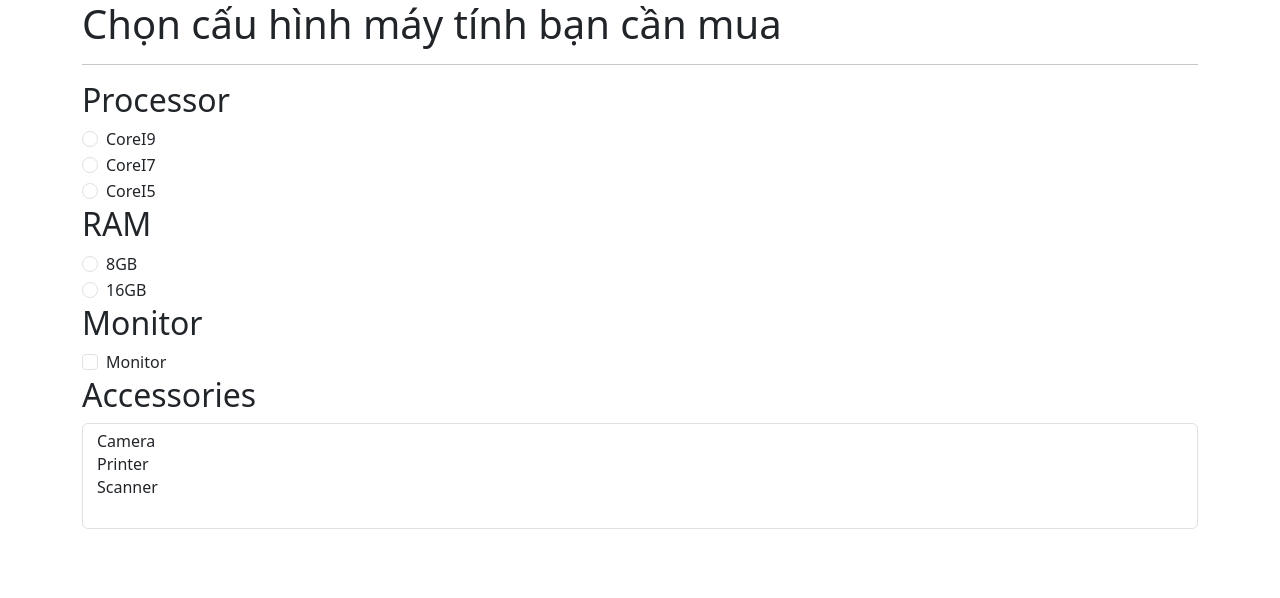
Repository: Vanh260703/Java-Servlet
Page: http://localhost/Bai7/muaMayTinh.jsp
The author's editor kept a copy of each file at every save. The page is drawn from the files as they stood at one save, then again after the next save.
The browser window is 1280 px wide. The pictures show the whole page.
The page is served by Tomcat 9.

Above is the page before, as saved 2025-03-04 18:56:54.

### Bai7/src/main/webapp/muaMayTinh.jsp
<%@ page language="java" contentType="text/html; charset=UTF-8"
    pageEncoding="UTF-8"%>
<!DOCTYPE html>
<html>
<head>
<meta charset="UTF-8">
<title>Insert title here</title>
<link href="https://cdn.jsdelivr.net/npm/bootstrap@5.3.3/dist/css/bootstrap.min.css" rel="stylesheet" integrity="sha384-QWTKZyjpPEjISv5WaRU9OFeRpok6YctnYmDr5pNlyT2bRjXh0JMhjY6hW+ALEwIH" crossorigin="anonymous">
<script src="https://cdn.jsdelivr.net/npm/@popperjs/core@2.11.8/dist/umd/popper.min.js" integrity="sha384-I7E8VVD/ismYTF4hNIPjVp/Zjvgyol6VFvRkX/vR+Vc4jQkC+hVqc2pM8ODewa9r" crossorigin="anonymous"></script>
<script src="https://cdn.jsdelivr.net/npm/bootstrap@5.3.3/dist/js/bootstrap.min.js" integrity="sha384-0pUGZvbkm6XF6gxjEnlmuGrJXVbNuzT9qBBavbLwCsOGabYfZo0T0to5eqruptLy" crossorigin="anonymous"></script>
</head>
<body>
<div class = "container">
	<h1>Chọn cấu hình máy tính bạn cần mua</h1>
	<hr/>
	<form action="">
	<h2>Processor</h2>
		<div class="form-check">
  <input class="form-check-input" type="radio" name="processor" id = "coreI9" value = "coreI9">
  <label class="" for="coreI9">
    CoreI9
  </label>
</div>
<div class="form-check">
  <input class="form-check-input" type="radio" name="processor" id="coreI7" value = "coreI7" >
  <label class="form-check-label" for="coreI7">
    CoreI7
  </label>
</div>
<div class="form-check">
  <input class="form-check-input" type="radio" name="processor" id="coreI5" value = "coreI5" >
  <label class="form-check-label" for="coreI5">
    CoreI5
  </label>
</div>
<h2>RAM</h2>
<div class="form-check">
  <input class="form-check-input" type="radio" name="ram" id="8GB" value = "8GB" >
  <label class="form-check-label" for="8GB">
    8GB
  </label>
</div>
<div class="form-check">
  <input class="form-check-input" type="radio" name="ram" id="16GB" value = "16GB" >
  <label class="form-check-label" for="16GB">
    16GB
  </label>
</div>
<h2>Monitor</h2>
<div class="form-check">
  <input class="form-check-input" type="checkbox" value="Monitor" id="monitor" >
  <label class="form-check-label" for="monitor">
    Monitor
  </label>
</div>
<h2>Accessories</h2>
<select class="form-select" multiple aria-label="multiple select example" name = "accessories">
  <option value="Camera">Camera</option>
  <option value="Printer">Printer</option>
  <option value="Scanner">Scanner</option>
</select>
	</form>
	</div>
</body>
</html>

After the next save:
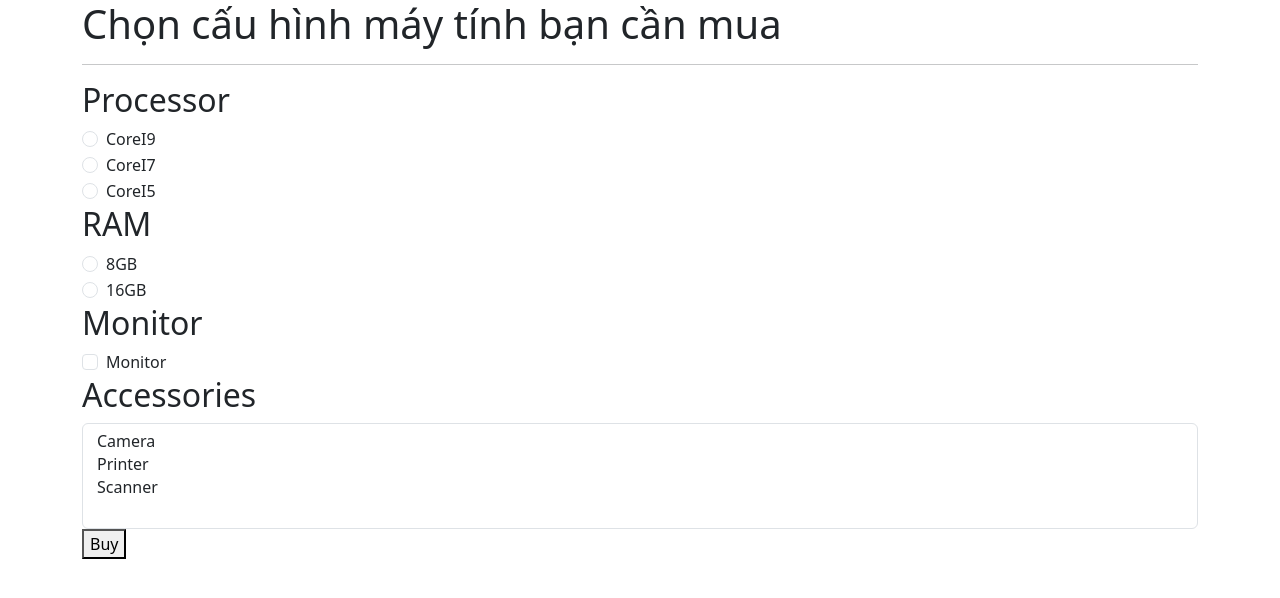
Saved 38 s later.
--- a/Bai7/src/main/webapp/muaMayTinh.jsp
+++ b/Bai7/src/main/webapp/muaMayTinh.jsp
@@ -59,6 +59,7 @@
   <option value="Printer">Printer</option>
   <option value="Scanner">Scanner</option>
 </select>
+<button type = "submit">Buy</button>
 	</form>
 	</div>
 </body>
